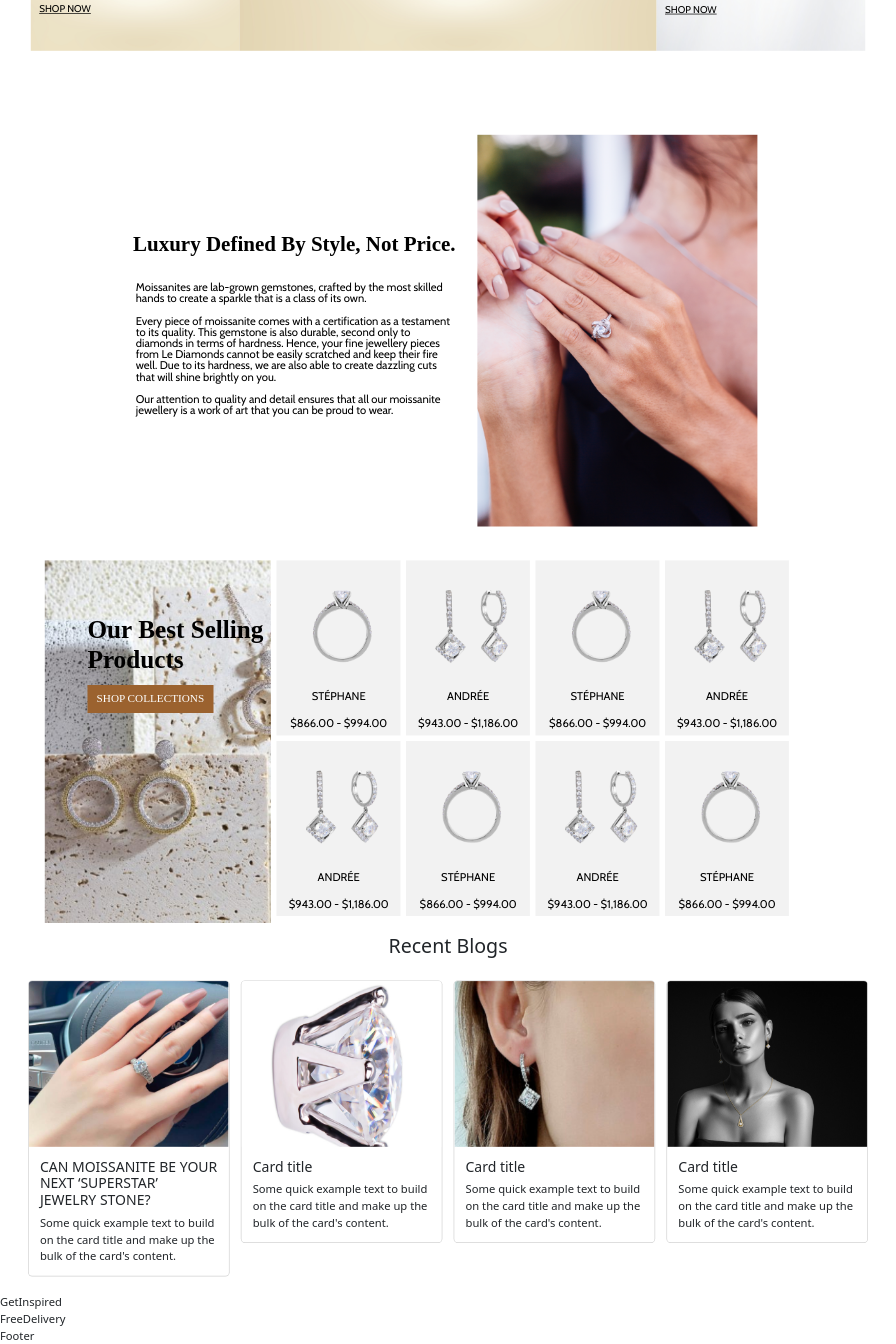
Repository: farrelmuhammad/lediamonds-vi8e
Page: /
These files come from the project's save history. The page is drawn as it stood at one moment and after the next save; the edit follows.
The browser window is 1280 px wide. The pictures show the part of the page from y = 1541 to 3461 px (the page is 3461 px tall before and 3428 px after), at 70% of full size.
The project was rebuilt for these pictures with package versions that can differ from the ones it lists, and the page was loaded fresh each time. Also part of the build but not shown: src/App.css.

Above is the page before, as saved 2022-09-17 15:20:35.

### src/index.css
@import url('https://fonts.googleapis.com/css2?family=Cabin:wght@400;500;600&display=swap');

body {
  margin: 0;
  font-family: -apple-system, BlinkMacSystemFont, 'Segoe UI', 'Roboto', 'Oxygen',
    'Ubuntu', 'Cantarell', 'Fira Sans', 'Droid Sans', 'Helvetica Neue',
    sans-serif;
  -webkit-font-smoothing: antialiased;
  -moz-osx-font-smoothing: grayscale;
}

code {
  font-family: source-code-pro, Menlo, Monaco, Consolas, 'Courier New',
    monospace;
}

.icons {
  color: #9B622F;
}

.content {
  justify-content: center;
}

.cat-1 {
  background: url("./assets/images/bg-1.png");
  height: 390px;
  width: 636px;
}

.cat-1 img {
  justify-content: center;
  width: 350px;
  height: 350px;
  margin-top: 1.5rem;
}

.cat-2 {
  background: url("./assets/images/bg-2.png");
  height: 390px;
  width: 636px;
}

.cat-2 img {
  width: 100%;
}

.cat-3 {
  background: url("./assets/images/bg-3.png");
  height: 390px;
  width: 636px;
}

.cat-3 img {
  width: 100%;
}

.cat-4 {
  background: url("./assets/images/bg-4.png");
  height: 390px;
  width: 636px;
}

.cat-4 img {
  justify-content: center;
  width: 350px;
  height: 350px;
  margin-top: 1.5rem;
}

.cat-5 {
  background: url("./assets/images/bg-5.png");
  height: 390px;
  width: 636px;
}

.cat-5 img {
  width: 100%;
}

.hero-content img {
  width: 400px;
  height: 560.68px;
  left: 883px;
  top: 1669px;
}

.container-hero {
  width: 100%;
  height: 516px;
  margin-bottom: 5rem;
  left: -1px;
  top: 95px;
  background: url("./assets/images/Banner.png") top left;
}

.banner {
  justify-content: center;
  padding: 11rem;
}

.text-banner-top {
  margin-left: -29.5rem;
  font: 400 1.5rem Cabin, sans-serif;
}

.text-title-banner {
  font: 500 64px Playfair Display;
}

.text-paragraph-banner {
font-family: 'Cabin';
font-style: normal;
font-weight: 500;
font-size: 12px;
line-height: 15px;
color: #868686;
}

.line {
  width: 25.02px;
height: 1px;
left: 85px;
top: 254.5px;
/* justify-content: center; */
background: #000000;
}

.button-hero {
  justify-content: left;
  width: 175px;
  height: 40px;
  background: #9B622F;
}

.title-category {
  justify-content: center;
}

.text-cat h5 {
  font-family: 'Cabin';
font-style: normal;
font-weight: 700;
font-size: 16px;
line-height: 17px;
color: #000000;
}

.text-cat p {
  font-family: 'Cabin';
  font-style: normal;
  font-weight: 400;
  font-size: 14px;
  line-height: 17px;
  text-decoration-line: underline;
  color: #000000;
}

.text-product h5 {
  font-family: 'Playfair Display';
font-style: normal;
font-weight: 550;
font-size: 30px;
color: #000000;
}

.text-product p {
  font-family: 'Cabin';
font-style: normal;
font-weight: 300;
font-size: 16px;
line-height: 22px;
color: #000000;
}

.best-sell {
  justify-content: left;
}

.left-col {
  background: url("./assets/images/best-sell.png");
  width: 412px;
height: 518px;
left: 85px;
top: 2330px;
margin-left: 4rem;
}

.text-best-sell {
  position: absolute;
width: 266px;
height: 84px;
left: 125px;
top: 2420px;

font-family: 'Playfair Display';
font-style: normal;
font-weight: 600;
font-size: 36px;
line-height: 42px;
/* or 117% */

text-transform: capitalize;

color: #000000;
}

.text-best-sell .button-hero {
  justify-content: left;
  width: 180px;
  height: 40px;
  background: #9B622F;
}

.card-product {
  background: url("./assets/images/bg-product.png");
  width: 100%;
height: 250px;
}

.card-product img {
  width: 180px;
  height: 180px;
  left: 513px;
  top: 2330px;
}

### src/App.js
import logo from './logo.svg';
import './App.css';
import Homepage from './pages/Homepage';

function App() {
  return (
    <>
      <Homepage />
    </>
  );
}

export default App;

### src/pages/Homepage.jsx
import React from "react";
import BestSelling from "../components/BestSelling";
import Blogs from "../components/Blogs";
import Category from "../components/Category";
import Content from "../components/Content";
import Footer from "../components/Footer";
import FreeDelivery from "../components/FreeDelivery";
import GetInspired from "../components/GetInspired";
import Header from "../components/Header";
import Jumbotron from "../components/Jumbotron";
import Products from "../components/Products";

const Homepage = () => {
  return (
    <>
      <Header />
      <Jumbotron />
      <Content />
      <Category />
      <Products />
      <BestSelling />
      <Blogs />
      <GetInspired />
      <FreeDelivery />
      <Footer />
    </>
  );
};

export default Homepage;

### src/components/BestSelling.jsx
import React from "react";
import product1 from "../assets/images/product-5.png";
import product2 from "../assets/images/product-2.png";

const BestSelling = () => {
  return (
    <>
      <div class="d-flex justify-content-center mb-3">
        <div class="p-2 bd-highlight left-col">
          <div className="text-best-sell">
            <p>our Best Selling Products</p>
            <div class="d-flex button-hero">
              <a href="#about" class="btn text-white">
                SHOP COLLECTIONS
              </a>
            </div>
          </div>
        </div>
        <div class="p-0 ms-2 flex-grow-1 bd-highlight">
          <div class="container">
            <div class="row row-cols-5">
              <div class="col p-1 me-2 mb-2 card-product">
                <img src={product1} alt="product 1" />
                <div className="text-product text-center">
                  <p>STÉPHANE</p>
                  <p>$866.00 - $994.00</p>
                </div>
              </div>
              <div class="col p-1 me-2 mb-2 card-product">
                <img src={product2} alt="product 2" />
                <div className="text-product text-center">
                  <p>ANDRÉE</p>
                  <p>$943.00 - $1,186.00</p>
                </div>
              </div>
              <div class="col p-1 me-2 mb-2 card-product">
                <img src={product1} alt="product 1" />
                <div className="text-product text-center">
                  <p>STÉPHANE</p>
                  <p>$866.00 - $994.00</p>
                </div>
              </div>
              <div class="col p-1 me-2 mb-2 card-product">
                <img src={product2} alt="product 2" />
                <div className="text-product text-center">
                  <p>ANDRÉE</p>
                  <p>$943.00 - $1,186.00</p>
                </div>
              </div>
              <div class="col p-1 me-2 mb-2 card-product">
                <img src={product2} alt="product 2" />
                <div className="text-product text-center">
                  <p>ANDRÉE</p>
                  <p>$943.00 - $1,186.00</p>
                </div>
              </div>
              <div class="col p-1 me-2 mb-2 card-product">
                <img src={product1} alt="product 1" />
                <div className="text-product text-center">
                  <p>STÉPHANE</p>
                  <p>$866.00 - $994.00</p>
                </div>
              </div>
              <div class="col p-1 me-2 mb-2 card-product">
                <img src={product2} alt="product 2" />
                <div className="text-product text-center">
                  <p>ANDRÉE</p>
                  <p>$943.00 - $1,186.00</p>
                </div>
              </div>
              <div class="col p-1 me-2 mb-2 card-product">
                <img src={product1} alt="product 1" />
                <div className="text-product text-center">
                  <p>STÉPHANE</p>
                  <p>$866.00 - $994.00</p>
                </div>
              </div>
            </div>
          </div>
        </div>
      </div>
    </>
  );
};

export default BestSelling;

### src/components/Blogs.jsx
import React from "react";
import Blog1 from "../assets/images/blog-1.png";
import Blog2 from "../assets/images/blog-2.png";
import Blog3 from "../assets/images/blog-3.png";
import Blog4 from "../assets/images/blog-4.png";

const Blogs = () => {
  return (
    <>
      <div className="text-center mt-3 mb-4">
        <h3 className="text-title-blog">Recent Blogs</h3>
      </div>
      <div class="d-flex flex-row justify-content-center mb-3">
        <div class="p-2 bd-highlight">
          <div class="card" style={{ width: "18rem" }}>
            <img src={Blog1} class="card-img-top" alt="..." />
            <div class="card-body">
              <h5 class="card-title">CAN MOISSANITE BE YOUR NEXT ‘SUPERSTAR’ JEWELRY STONE?</h5>
              <p class="card-text">
                Some quick example text to build on the card title and make up
                the bulk of the card's content.
              </p>
            </div>
          </div>
        </div>
        <div class="p-2 bd-highlight">
          <div class="card" style={{ width: "18rem" }}>
            <img src={Blog2} class="card-img-top" alt="..." />
            <div class="card-body">
              <h5 class="card-title">Card title</h5>
              <p class="card-text">
                Some quick example text to build on the card title and make up
                the bulk of the card's content.
              </p>
            </div>
          </div>
        </div>
        <div class="p-2 bd-highlight">
          <div class="card" style={{ width: "18rem" }}>
            <img src={Blog3} class="card-img-top" alt="..." />
            <div class="card-body">
              <h5 class="card-title">Card title</h5>
              <p class="card-text">
                Some quick example text to build on the card title and make up
                the bulk of the card's content.
              </p>
            </div>
          </div>
        </div>
        <div class="p-2 bd-highlight">
          <div class="card" style={{ width: "18rem" }}>
            <img src={Blog4} class="card-img-top" alt="..." />
            <div class="card-body">
              <h5 class="card-title">Card title</h5>
              <p class="card-text">
                Some quick example text to build on the card title and make up
                the bulk of the card's content.
              </p>
            </div>
          </div>
        </div>
      </div>
    </>
  );
};

export default Blogs;

### src/components/Category.jsx
import React from "react";
import product1 from "../assets/images/product-1.png";
import product2 from "../assets/images/product-2.png";
import product3 from "../assets/images/product-3.png";
import product4 from "../assets/images/product-4.png";
import product5 from "../assets/images/product-5.png";
import product6 from "../assets/images/product-6.png";

const Category = () => {
  return (
    <>
      <div class="d-flex flex-column bd-highlight justify-content-center text-center mb-3 p-5">
        <div class="p-2 pb-0 bd-highlight">
          <div class="row">
            <div class="col-md-6 text-start cat-1">
              <div class="row">
                <div class="col">
                  <img src={product1} />
                </div>
                <div class="col title-category">
                  <h5>NEW JEWELLERY DESIGN</h5>
                  <p>SHOP NOW</p>
                </div>
              </div>
            </div>
            <div class="col-6 col-md-6">
              <div class="row">
                <div class="col cat-2 text-start">
                  <img src={product2} />
                  <div className="text-cat mt-4">
                    <h5>NEW JEWELLERY DESIGN</h5>
                    <p>SHOP NOW</p>
                  </div>
                </div>
                <div class="col cat-3 text-start">
                  <img src={product3} />
                  <div className="text-cat mt-4">
                    <h5>NEW JEWELLERY DESIGN</h5>
                    <p>SHOP NOW</p>
                  </div>
                </div>
              </div>
            </div>
          </div>
        </div>
        <div class="p-2 pt-0 bd-highlight">
          <div class="row">
            <div class="col text-start cat-3">
              <img src={product4} />
              <div className="text-cat mt-5">
                <h5>NEW JEWELLERY DESIGN</h5>
                <p>SHOP NOW</p>
              </div>
            </div>
            <div class="col-md-6 cat-4">
              <div class="row">
                <div class="col">
                  <img src={product5} />
                </div>
                <div class="col">
                  <h5>NEW JEWELLERY DESIGN</h5>
                  <p>SHOP NOW</p>
                </div>
              </div>
            </div>
            <div class="col cat-5 text-start">
              <img src={product6} />
              <div className="text-cat mt-4">
                <h5>NEW JEWELLERY DESIGN</h5>
                <p>SHOP NOW</p>
              </div>
            </div>
          </div>
        </div>
      </div>
    </>
  );
};

export default Category;

### src/components/Content.jsx
import React from "react";
import {
  FaTruck,
  FaHandshake,
  FaHandHoldingHeart,
  FaCreditCard,
} from "react-icons/fa";

const Content = () => {
  return (
    <>
      {/* <div className="d-flex justify-content-center"> */}
      <div className="row d-flex justify-content-center text-center m-1 p-3 content">
        <div className="col">
          <h5 class="icon-title">
            <FaTruck className="icons me-2 mb-1" />
            FREE DELIVERY
          </h5>
          <p class="icon-caption ms-4 ps-1">For orders over $199</p>
        </div>
        <div className="col">
          <h5 class="icon-title">
            <FaHandshake className="icons me-2 mb-1" />
            30 DAYS RETURN
          </h5>
          <p class="icon-caption ms-4 ps-1">No questions asked</p>
        </div>
        <div className="col">
          <h5 class="icon-title">
            <FaHandHoldingHeart className="icons me-2 mb-1" />
            ETHICALLY MADE
          </h5>
          <p class="icon-caption ms-4 ps-1">From sustainable sources</p>
        </div>
        <div className="col">
          <h5 class="icon-title">
            <FaCreditCard className="icons me-2 mb-1" />
            SECURE PAYMENTS
          </h5>
          <p class="icon-caption ms-4 ps-1 ms-4 ps-1">For a seamless checkout</p>
        </div>
      </div>
      {/* </div> */}
    </>
  );
};

export default Content;

### src/components/FreeDelivery.jsx
import React from 'react'

const FreeDelivery = () => {
  return (
    <div>FreeDelivery</div>
  )
}

export default FreeDelivery

### src/components/GetInspired.jsx
import React from 'react'

const GetInspired = () => {
  return (
    <div>GetInspired</div>
  )
}

export default GetInspired

### src/components/Header.jsx
import React from "react";
import Logo from "../assets/images/Logo.png";
import { FaShoppingCart, FaUserAlt } from "react-icons/fa";

const Header = () => {
  return (
    <>
      <nav className="navbar navbar-expand-lg navbar-light bg-light">
        <div className="container-fluid">
          <a className="navbar-brand ms-5" href="#">
            <img src={Logo} alt="Le Diamonds" />
          </a>
          <button
            className="navbar-toggler"
            type="button"
            data-bs-toggle="collapse"
            data-bs-target="#navbarSupportedContent"
            aria-controls="navbarSupportedContent"
            aria-expanded="false"
            aria-label="Toggle navigation"
          >
            <span className="navbar-toggler-icon"></span>
          </button>
          <div className="collapse navbar-collapse" id="navbarSupportedContent">
            <ul className="navbar-nav me-auto mb-2 mb-lg-0">
              <li className="nav-item ms-5">
                <a className="nav-link active" aria-current="page" href="#">
                  Collections
                </a>
              </li>
              <li className="nav-item ms-5">
                <a className="nav-link" href="#">
                  Blogs
                </a>
              </li>
              <li className="nav-item ms-5">
                <a className="nav-link" href="#">
                  Our Story
                </a>
              </li>
            </ul>
            <div className="d-flex">
              <ul className="navbar-nav me-auto mb-2 mb-lg-0">
                <li className="nav-item m-3">
                  FREE DELIVERY FOR ORDERS ABOVE $199
                </li>
                <li className="nav-item icons m-3">
                  <FaShoppingCart />
                </li>
                <li className="nav-item icons m-3">
                  <FaUserAlt />
                </li>
              </ul>
            </div>
          </div>
        </div>
      </nav>
    </>
  );
};

export default Header;

### src/components/Jumbotron.jsx
import React from "react";

const Jumbotron = () => {
  return (
    <>
      <div class="container-hero">
        <div className="banner">
          <div className="row">
            <div className="col">
              <div className="line text-center m-2 p-0"></div>
            </div>
            <div className="col">
              <h5 className="text-banner-top">MORE THAN JUST JEWELLERY</h5>
            </div>
          </div>
          <h2 className="text-title-banner">Elegance & Eternity.</h2>
          <p className="text-paragraph-banner">FINELY CRAFTED LAB-GROWN MOISSANITE JEWELLERY</p>
          <div class="d-flex button-hero">
            <a href="#about" class="btn text-white text-center">
              SHOP COLLECTIONS
            </a>
          </div>
        </div>
      </div>
    </>
  );
};

export default Jumbotron;

### src/components/Products.jsx
import React from "react";
import Hero1 from "../assets/images/hero-1.png"

const Products = () => {
  return (
    <section id="about" class="about section-bg">
      <div class="container" data-aos="fade-up">
        <div class="row ms-5 p-5 justify-content-center">
          <div
            class="col-lg-6 pt-4 pt-lg-0 content d-flex flex-column justify-content-center text-product"
            data-aos="fade-up"
            data-aos-delay="100"
          >
            <h5>Luxury Defined By Style, Not Price.</h5>
            <p className="mt-4 p-1 lh-1">
              Moissanites are lab-grown gemstones, crafted by the most skilled
              hands to create a sparkle that is a class of its own.
              <br />
              <br />
              Every piece of moissanite comes with a certification as a
              testament to its quality. This gemstone is also durable, second
              only to diamonds in terms of hardness. Hence, your fine jewellery
              pieces from Le Diamonds cannot be easily scratched and keep their
              fire well. Due to its hardness, we are also able to create
              dazzling cuts that will shine brightly on you.
              <br />
              <br />
              Our attention to quality and detail ensures that all our
              moissanite jewellery is a work of art that you can be proud to
              wear.
            </p>
          </div>
          <div class="col-lg-6 hero-content" data-aos="fade-right" data-aos-delay="100">
            <img src={Hero1} class="img-fluid" alt="" />
          </div>
        </div>
      </div>
    </section>
  );
};

export default Products;

Loaded but not shown: public/index.html (common file); src/index.js (common file); src/reportWebVitals.js (common file); src/components/Footer.jsx (common file)

After the next save:
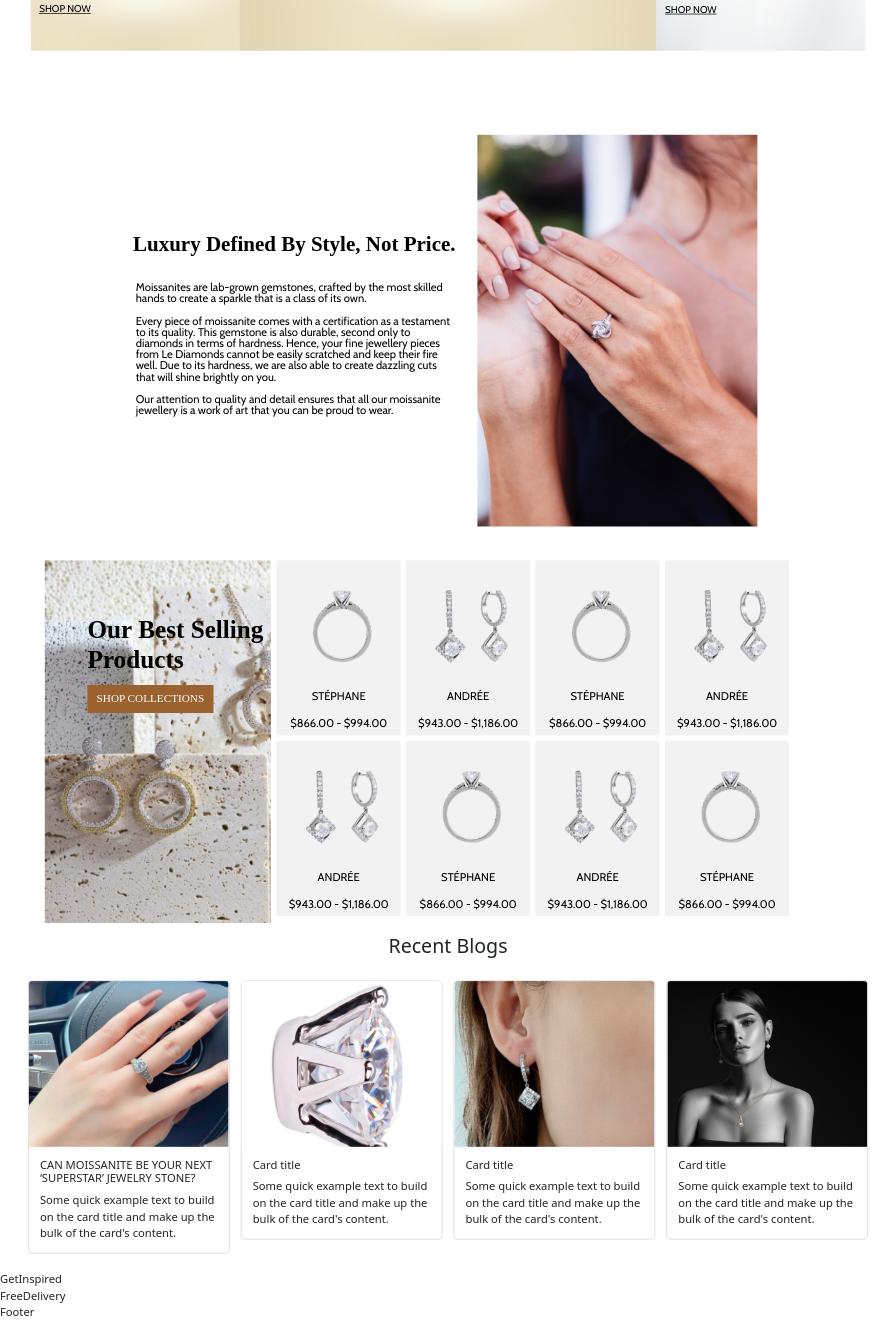
Saved 18 s later.
--- a/src/components/Blogs.jsx
+++ b/src/components/Blogs.jsx
@@ -15,7 +15,7 @@ const Blogs = () => {
           <div class="card" style={{ width: "18rem" }}>
             <img src={Blog1} class="card-img-top" alt="..." />
             <div class="card-body">
-              <h5 class="card-title">CAN MOISSANITE BE YOUR NEXT ‘SUPERSTAR’ JEWELRY STONE?</h5>
+              <h6 class="card-title">CAN MOISSANITE BE YOUR NEXT ‘SUPERSTAR’ JEWELRY STONE?</h6>
               <p class="card-text">
                 Some quick example text to build on the card title and make up
                 the bulk of the card's content.
@@ -27,7 +27,7 @@ const Blogs = () => {
           <div class="card" style={{ width: "18rem" }}>
             <img src={Blog2} class="card-img-top" alt="..." />
             <div class="card-body">
-              <h5 class="card-title">Card title</h5>
+              <h6 class="card-title">Card title</h6>
               <p class="card-text">
                 Some quick example text to build on the card title and make up
                 the bulk of the card's content.
@@ -39,7 +39,7 @@ const Blogs = () => {
           <div class="card" style={{ width: "18rem" }}>
             <img src={Blog3} class="card-img-top" alt="..." />
             <div class="card-body">
-              <h5 class="card-title">Card title</h5>
+              <h6 class="card-title">Card title</h6>
               <p class="card-text">
                 Some quick example text to build on the card title and make up
                 the bulk of the card's content.
@@ -51,7 +51,7 @@ const Blogs = () => {
           <div class="card" style={{ width: "18rem" }}>
             <img src={Blog4} class="card-img-top" alt="..." />
             <div class="card-body">
-              <h5 class="card-title">Card title</h5>
+              <h6 class="card-title">Card title</h6>
               <p class="card-text">
                 Some quick example text to build on the card title and make up
                 the bulk of the card's content.
